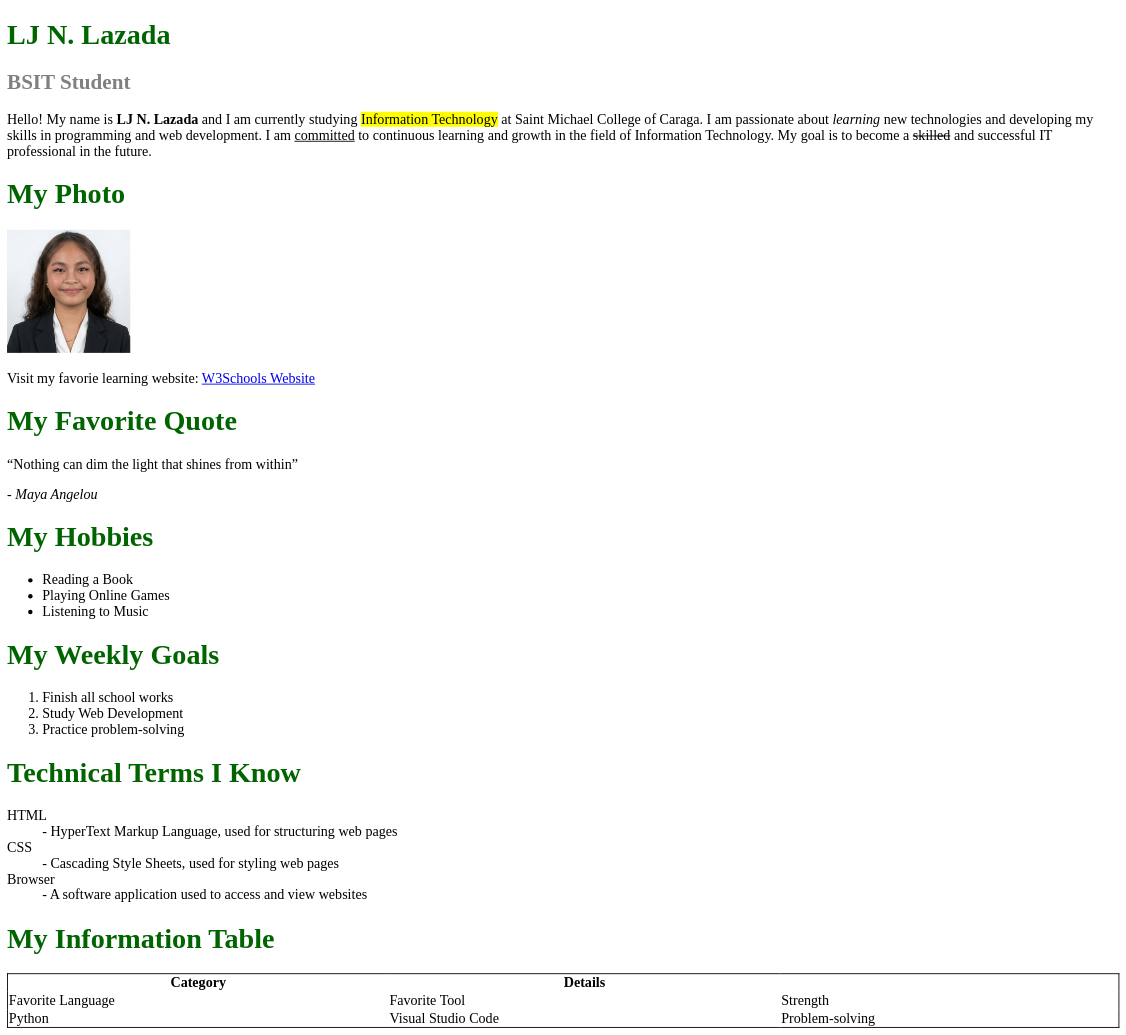
Repository: ljlazada11/myfirsthtml
Page: index.html
An editor plug-in stored every save of this project. The page is shown before and after the next save, followed by the edit.
The browser window is 1280 px wide. The pictures show the whole page, at 88% of full size.

Above is the page before, as saved 2026-06-24 20:33:19.

### index.html
<!DOCTYPE html>
<html lang="en">
<head>
    <meta charset="UTF-8">
    <meta name="viewport" content="width=device-width, initial-scale=1.0">
    <title>My Personal Web Profile</title>
    <link rel="icon" type="image/x-icon" href="images.png">

</head>
<body>
    <h1 style="color:darkgreen;">LJ N. Lazada</h1>
    <h2 style="color:gray;">BSIT Student</h2>
    <p>Hello! My name is <strong>LJ N. Lazada</strong> and I am currently studying <mark>Information Technology</mark> at Saint Michael College of Caraga. I am passionate about <i>learning</i> new technologies and developing my skills in programming and web development. I am <ins>committed</ins> to continuous learning and growth in the field of Information Technology. My goal is to become a <del>skilled</del> and successful IT professional in the future.</p>
</body>
    <h1 style="color:darkgreen;">My Photo</h1>
    <img src="pic.jpg" alt="My	Profile	Picture" width="140" height="140">
    <p> Visit my favorie learning website: <a href="https://www.w3schools.com/html/default.asp" target="_blank">W3Schools	Website</a></p>

<body>
    <h1 style="color:darkgreen;">My Favorite Quote</h1>
    <p><q>Nothing can dim the light that shines from within</q></p>
    <p><cite>- Maya Angelou</cite></p>
</body>
    <h1 style="color:darkgreen">My Hobbies</h1>
    <ul>
        <li>Reading a Book</li>
        <li>Playing Online Games</li>
        <li>Listening to Music</li>
    </ul>
</body>
    <h1 style="color:darkgreen">My Weekly Goals</h1>
    <ol>
        <li>Finish all school works</li>
        <li>Study Web Development</li>
        <li>Practice problem-solving</li>
    </ol>
<body>
    <h1 style="color:darkgreen">Technical Terms I Know</h1>
    <dl>
        <dt>HTML</dt>
        <dd>- HyperText Markup Language, used for structuring web pages</dd>
        <dt>CSS</dt>
        <dd>- Cascading Style Sheets, used for styling web pages</dd>
        <dt>Browser</dt>
        <dd>- A software application used to access and view websites</dd>
    </dl>
</body>
    <h1 style="color:darkgreen">My Information Table</h1>
<table style="width:100%; border: 1px solid black; border-collapse: collapse;">
  <tr>
    <th>Category</th>
    <th>Details</th>
  </tr>
  <tr>
    <td>Favorite Language</td>
    <td>Favorite Tool</td>
    <td>Strength</td>
  </tr>
  <tr>
    <td>Python</td>
    <td>Visual Studio Code</td>
    <td>Problem-solving</td>
  </tr>
</table>


</html>

After the next save:
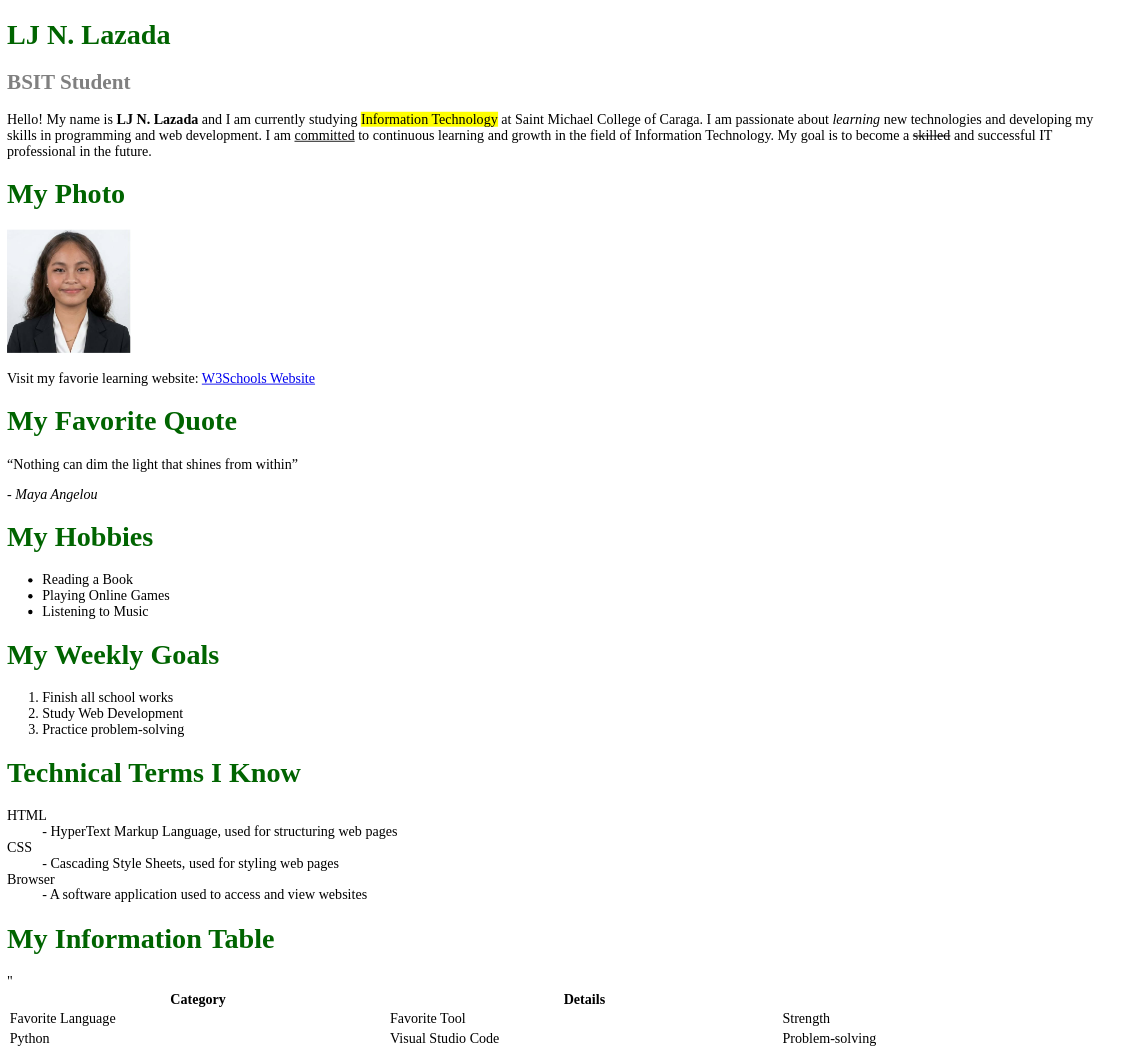
Saved 31 s later.
--- a/index.html
+++ b/index.html
@@ -46,7 +46,7 @@
     </dl>
 </body>
     <h1 style="color:darkgreen">My Information Table</h1>
-<table style="width:100%; border: 1px solid black; border-collapse: collapse;">
+<table style="width:100%">"
   <tr>
     <th>Category</th>
     <th>Details</th>
